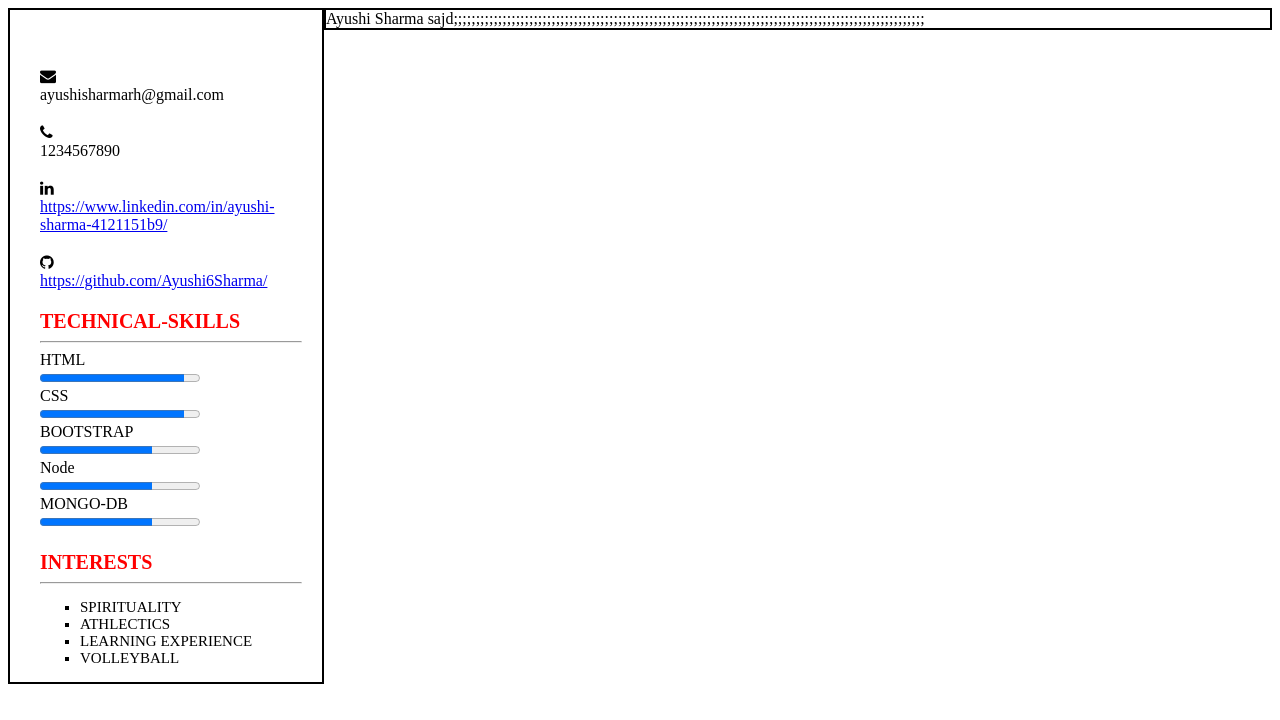
Repository: Ayushi6Sharma/Resume
Page: index.html
These files come from the project's save history. The page is drawn as it stood at one moment and after the next save; the edit follows.
The browser window is 1280 px wide. The pictures show the whole page.

Above is the page before, as saved 2022-05-04 00:26:23.

After the next save:
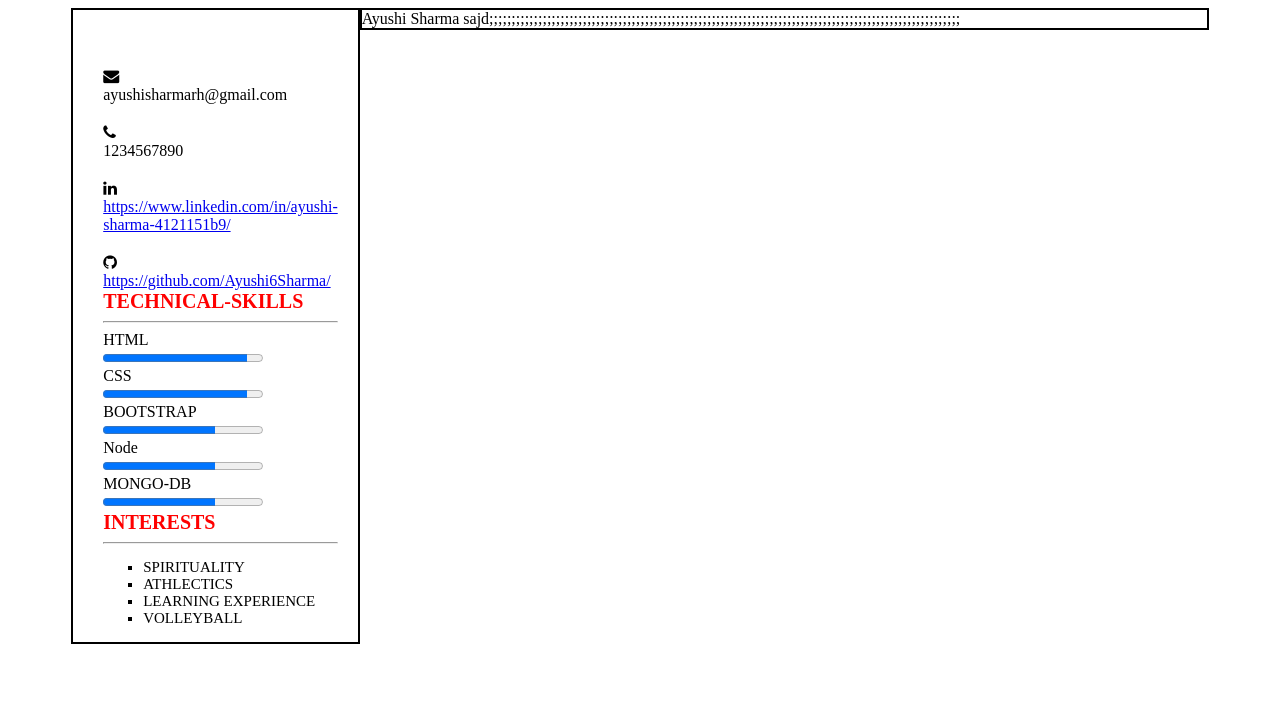
Saved 34 s later.
--- a/style.css
+++ b/style.css
@@ -3,7 +3,7 @@
 {
     display: grid;
     grid-template-columns:1fr 3fr;
-    /* width:90%; */
+    width:90%;
     margin: auto;
 }
 .left-main-content
@@ -23,7 +23,7 @@
 }
 /* technical skills */
 .title{
-    margin-top: 20px;
+    /* margin-top: 20px; */
     font-weight: bold;
     font-size: 20px;
     color:red;
